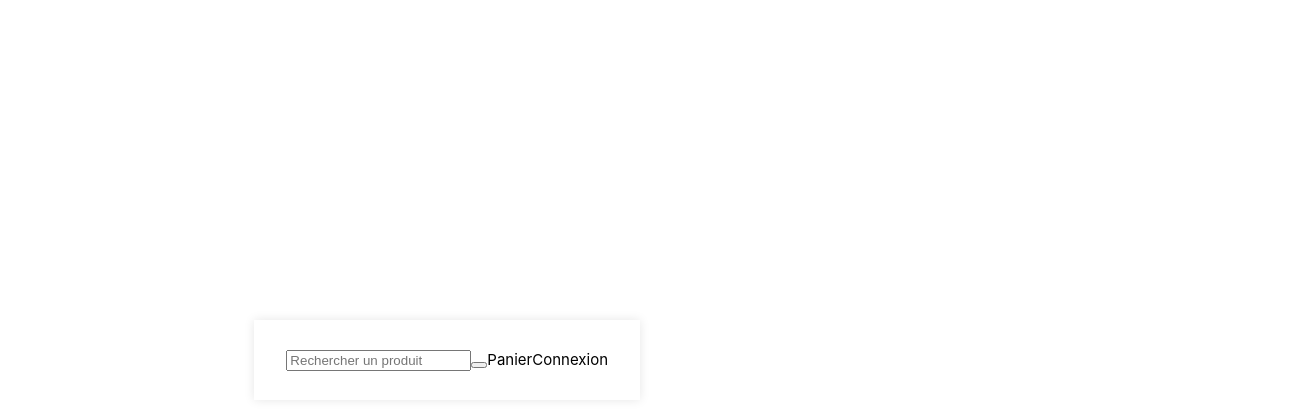
Repository: Tructruc/SAE-ALT-S3-Dev-23-24-Occupation-salles-3A-Groupe-2
Page: / (app in frontend/front-vue/)
The author's editor kept a copy of each file at every save. The page is drawn from the files as they stood at one save, then again after the next save.
The browser window is 1280 px wide. The page is 1280 px wide, then 1312 px, so the pictures cover 1312 px, including what lies to the right of the window. The pictures show the whole page.
The project was rebuilt for these pictures with package versions that can differ from the ones it lists, and the page was loaded fresh each time. Also part of the build but not shown: frontend/front-vue/vite.config.js, frontend/front-vue/src/components/HelloWorld.vue, frontend/front-vue/src/components/WelcomeItem.vue, frontend/front-vue/src/components/icons/IconDocumentation.vue, frontend/front-vue/src/components/icons/IconTooling.vue, frontend/front-vue/src/components/icons/IconEcosystem.vue, frontend/front-vue/src/components/icons/IconCommunity.vue, frontend/front-vue/src/components/icons/IconSupport.vue and 1 more.

Above is the page before, as saved 2024-01-10 09:11:53.

### frontend/front-vue/src/App.vue
<script setup>
import HelloWorld from './components/HelloWorld.vue'
import TheWelcome from './components/TheWelcome.vue'
import Header from './components/Header.vue';
</script>

<template>
<Header></Header>
</template>


<style scoped>
header {
  line-height: 1.5;
}

.logo {
  display: block;
  margin: 0 auto 2rem;
}

@media (min-width: 1024px) {
  header {
    display: flex;
    place-items: center;
    padding-right: calc(var(--section-gap) / 2);
  }

  .logo {
    margin: 0 2rem 0 0;
  }

  header .wrapper {
    display: flex;
    place-items: flex-start;
    flex-wrap: wrap;
  }
}
</style>

### frontend/front-vue/src/components/Header.vue
<!-- Template de header pour les pages ( barre de recherche ) -->
<!-- Le composant est modulaire et ne doit pas dépendre du reste de l'application -->
<template>
  <div class="header">
    <div class="header__logo">
      <router-link to="/">
      </router-link>
    </div>
    <div class="header__search">
      <input
        type="text"
        placeholder="Rechercher un produit"
        v-model="search"
        @keyup.enter="searchProduct"
      />
      <button @click="searchProduct">
        <i class="fas fa-search"></i>
      </button>
    </div>
    <div class="header__links">
      <router-link to="/cart">
        <i class="fas fa-shopping-cart"></i>
        <span class="header__links__cart">Panier</span>
        <span class="header__links__cart__number">{{ cartNumber }}</span>
      </router-link>
      <router-link to="/login">
        <i class="fas fa-user"></i>
        <span class="header__links__cart">Connexion</span>
      </router-link>
    </div>
  </div>
</template>

<style>
.header {
    position: sticky;
    top: 0;
    left: 0;

    width:100%;
    height: 80px;
    display: flex;
    justify-content: space-between;
    align-items: center;
    padding: 1rem 2rem;
    background-color: #fff;
    color:black;
    box-shadow: 0 0 10px rgba(0, 0, 0, 0.1);
}
</style>

Loaded but not shown: frontend/front-vue/index.html (common file); frontend/front-vue/src/main.js (common file); frontend/front-vue/src/assets/main.css (common file); frontend/front-vue/src/assets/base.css (common file)

After the next save:
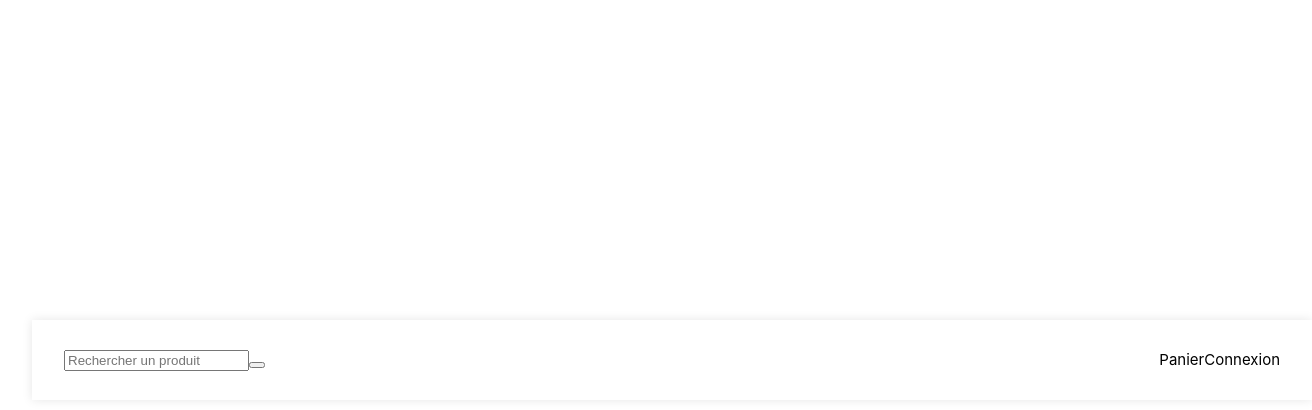
Saved 47 s later.
--- a/frontend/front-vue/src/components/Header.vue
+++ b/frontend/front-vue/src/components/Header.vue
@@ -2,10 +2,6 @@
 <!-- Le composant est modulaire et ne doit pas dépendre du reste de l'application -->
 <template>
   <div class="header">
-    <div class="header__logo">
-      <router-link to="/">
-      </router-link>
-    </div>
     <div class="header__search">
       <input
         type="text"
@@ -37,7 +33,7 @@
     top: 0;
     left: 0;
 
-    width:100%;
+    width:100vw;
     height: 80px;
     display: flex;
     justify-content: space-between;
